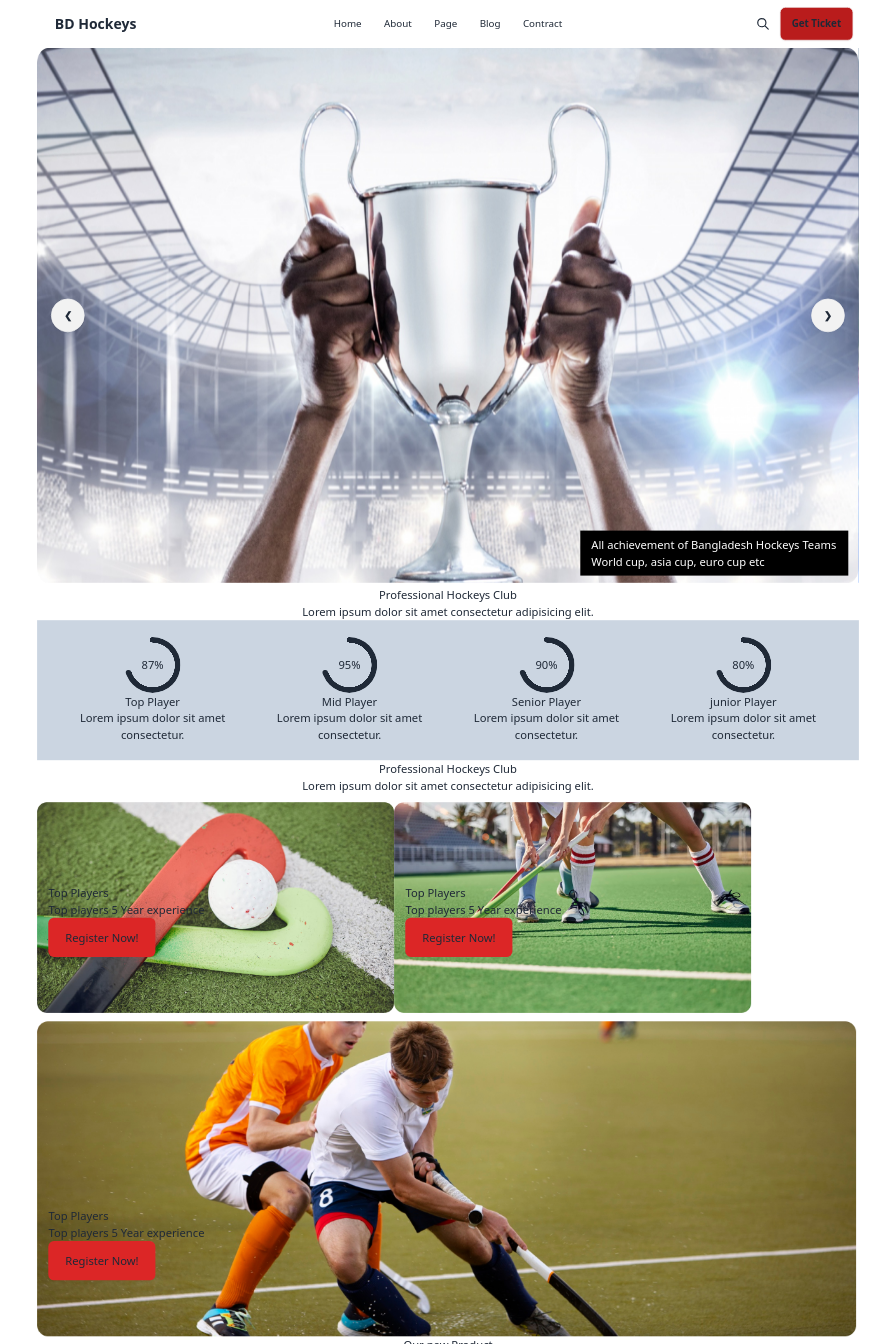
Repository: sumonkumarsarkar/bd-hockeys-team
Page: index.html
An editor plug-in stored every save of this project. The page is shown before and after the next save, followed by the edit.
The browser window is 1280 px wide. The pictures show the part of the page from y = 0 to 1920 px (the page is 3927 px tall), at 70% of full size.
Some web libraries are served in a nearby version.

Above is the page before, as saved 2024-01-24 15:54:33.

### index.html
<!DOCTYPE html>
<html lang="en">
<head>
    <meta charset="UTF-8">
    <meta name="viewport" content="width=device-width, initial-scale=1.0">
    <title>BD Hockeys Team</title>
    <link rel="stylesheet" href="https://cdnjs.cloudflare.com/ajax/libs/font-awesome/6.5.1/css/all.min.css" integrity="sha512-DTOQO9RWCH3ppGqcWaEA1BIZOC6xxalwEsw9c2QQeAIftl+Vegovlnee1c9QX4TctnWMn13TZye+giMm8e2LwA==" crossorigin="anonymous" referrerpolicy="no-referrer" />
    <link href="https://cdn.jsdelivr.net/npm/daisyui@4.6.0/dist/full.min.css" rel="stylesheet" type="text/css" />
    <script src="https://cdn.tailwindcss.com"></script>

</head>
<body>
    <!-- header part start  -->
    <header class="w-11/12 mx-auto">
        <nav>
            <div class="navbar bg-base-100">
                <div class="navbar-start">
                  <div class="dropdown">
                    <div tabindex="0" role="button" class="btn btn-ghost lg:hidden">
                      <svg xmlns="http://www.w3.org/2000/svg" class="h-5 w-5" fill="none" viewBox="0 0 24 24" stroke="currentColor"><path stroke-linecap="round" stroke-linejoin="round" stroke-width="2" d="M4 6h16M4 12h8m-8 6h16" /></svg>
                    </div>
                    <ul tabindex="0" class="menu menu-sm dropdown-content mt-3 z-[1] p-2 shadow bg-base-100 rounded-box w-52">
                      <li><a>Home</a></li>
                      <li><a>About</a></li>
                      <li><a>Page</a></li>
                      <li><a>Blog</a></li>
                      <li><a>Contract</a></li>
                    </ul>
                  </div>
                  <a class="btn btn-ghost text-xl">BD Hockeys</a>
                </div>
                <div class="navbar-center hidden lg:flex">
                  <ul class="menu menu-horizontal px-1">
                    <li><a>Home</a></li>
                      <li><a>About</a></li>
                      <li><a>Page</a></li>
                      <li><a>Blog</a></li>
                      <li><a>Contract</a></li>
                  </ul>
                </div>
                <div class="navbar-end">
                    <div type="search" class="btn btn-ghost btn-circle">
                        <svg xmlns="http://www.w3.org/2000/svg" class="h-5 w-5" fill="none" viewBox="0 0 24 24" stroke="currentColor"><path stroke-linecap="round" stroke-linejoin="round" stroke-width="2" d="M21 21l-6-6m2-5a7 7 0 11-14 0 7 7 0 0114 0z" /></svg>
                      </div>
                  <a class="btn bg-red-700">Get Ticket</a>
                </div>
              </div>
        </nav>



      <!-- banner part start  -->

   <div class=" lg:relative">
    <div>
        <div class="carousel w-full">
            <div id="slide1" class="carousel-item relative w-full">
              <img src="./Images/1.png" class="w-full" alt="bd-hockey" />
              <div class="absolute flex justify-between transform -translate-y-1/2 left-5 right-5 top-1/2">
                <a href="#slide4" class="btn btn-circle">❮</a>
                <a href="#slide2" class="btn btn-circle">❯</a>
              </div>
            </div>
            <div id="slide2" class="carousel-item relative w-full">
              <img src="./Images/banner1.jpeg" class="w-full" alt="bd-hockey" />
              <div class="absolute flex justify-between transform -translate-y-1/2 left-5 right-5 top-1/2">
                <a href="#slide1" class="btn btn-circle">❮</a>
                <a href="#slide3" class="btn btn-circle">❯</a>
              </div>
            </div>
            <div id="slide3" class="carousel-item relative w-full">
              <img src="./Images/banner3.jpg" class="w-full" alt="bd-hockey" />
              <div class="absolute flex justify-between transform -translate-y-1/2 left-5 right-5 top-1/2">
                <a href="#slide2" class="btn btn-circle">❮</a>
                <a href="#slide4" class="btn btn-circle">❯</a>
              </div>
            </div>
            <div id="slide4" class="carousel-item relative w-full">
              <img src="./Images/banner2.jpg" class="w-full" alt="bd-hockey"/>
              <div class="absolute flex justify-between transform -translate-y-1/2 left-5 right-5 top-1/2">
                <a href="#slide3" class="btn btn-circle">❮</a>
                <a href="#slide1" class="btn btn-circle">❯</a>
              </div>
            </div>
          </div>
    </div>
    <div class="lg:absolute bottom-4 right-4">
        <div class="px-4 py-2 bg-black text-white">
            <h2>All achievement of Bangladesh Hockeys Teams</h2>
             <p>World cup, asia cup, euro cup etc</p>
        </div>
    </div>

   </div>

      <!-- banner part end  -->
    </header>
    <!-- header part end  -->




    <!-- main part start  -->
    <main class="w-11/12 mx-auto">
  <section>

       <div class="text-center">
        <h2>Professional Hockeys Club</h2>
        <p>Lorem ipsum dolor sit amet consectetur adipisicing elit.</p>
       </div>

       <!-- card  -->

       <div class="flex flex-col lg:flex-row lg:justify-between bg-slate-300 lg:p-6 ">
        <div class="text-center">
         <div class="radial-progress" style="--value:70;" role="progressbar">87%</div>
         <h3>Top Player</h3>
         <p>Lorem ipsum dolor sit amet consectetur.</p>
        </div>
        <div class="text-center">
            <div class="radial-progress" style="--value:70;" role="progressbar">95%</div>
            <h3>Mid Player</h3>
            <p>Lorem ipsum dolor sit amet consectetur.</p>
        </div>
        <div class="text-center">
            <div class="radial-progress" style="--value:70;" role="progressbar">90%</div>
            <h3>Senior Player</h3>
            <p>Lorem ipsum dolor sit amet consectetur.</p>
        </div>
        <div class="text-center">
            <div class="radial-progress" style="--value:70;" role="progressbar">80%</div>
            <h3>junior Player</h3>
            <p>Lorem ipsum dolor sit amet consectetur.</p>
        </div>
       </div>
  </section>


   <section>

<!-- banner section start  -->
   <!-- text part  -->
   <div class="text-center">
    <h2>Professional Hockeys Club</h2>
    <p>Lorem ipsum dolor sit amet consectetur adipisicing elit.</p>
   </div>

 <!-- banner part  -->

<div class="grid grid-cols-1 lg:grid-cols-2 gap-2">

  <div class="flex flex-col lg:flex-row justify-between gap- my-3">


     <!-- banner -1  -->

     <div>
        <div class="relative">
            <div class="w-[510px]">
                <div><img src="./Images/2.png" alt=""></div>
             </div>
             <div class="absolute bottom-20 left-4">
                <h2>Top Players</h2>
                <p>Top players 5 Year experience </p>
                <button  class="py-4 px-6 rounded-lg bg-red-600" type="button">Register Now!</button>
             </div>
        </div>
     </div>




    <!-- banner -2  -->
 <div>
    <div class="relative">
        <div class="w-[510px]">
            <div><img src="./Images/3.png" alt=""></div>
         </div>
         <div class="absolute bottom-20 left-4">
            <h2>Top Players</h2>
            <p>Top players 5 Year experience </p>
            <button  class="py-4 px-6 rounded-lg bg-red-600" type="button">Register Now!</button>
         </div>
    </div>
 </div>



  </div>


 </div>





 <!-- banner -3  -->

    <div class="relative col-span-2">
        <div>
            <div><img src="./Images/4.png" alt=""></div>
         </div>
         <div class=" absolute bottom-10 lg:bottom-20 left-4">
            <h2>Top Players</h2>
            <p>Top players 5 Year experience </p>
            <button  class="py-4 px-6 rounded-lg bg-red-600" type="button">Register Now!</button>
         </div>
    </div>

</div>
   </section>


<!-- our product start  -->
<section>

    <div class="text-center">
        <h2>Our new Product</h2>
        <p>Lorem ipsum dolor sit amet consectetur adipisicing elit.</p>
       </div>

<div class="grid grid-cols-1 lg:grid-cols-2 gap-2">
<!-- card -1  -->

<div class="card card-side bg-base-100 shadow-xl flex-col lg:flex-row">
    <figure><img src="./Images/5.png" alt="T-shirt"/></figure>
    <div class="card-body">
        <div class="flex">
            <div><i class="fa-regular fa-star"></i></div>
            <div><h4>5.0</h4></div>
            <div><i class="fa-regular fa-eye"></i></div>
            <div>20</div>
            <div><i class="fa-regular fa-heart"></i></div>
            <div>200</div>
          </div>
      <h2 class="card-title">new item </h2>
      <p>This product new</p>
      <div class="flex">
        <div>
            <h2>price-$22.00</h2>
        </div>
        <div class="flex">
            <div><i class="fa-solid fa-cart-shopping"></i></div>
            <div><h4>Delivery fee:free</h4></div>
        </div>
      </div>
    </div>
  </div>


  <!-- card -2  -->

  <div class="card card-side bg-base-100 shadow-xl flex-col lg:flex-row">
    <figure><img src="./Images/6.png" alt="T-shirt"/></figure>
    <div class="card-body">
        <div class="flex">
            <div><i class="fa-regular fa-star"></i></div>
            <div><h4>5.0</h4></div>
            <div><i class="fa-regular fa-eye"></i></div>
            <div>20</div>
            <div><i class="fa-regular fa-heart"></i></div>
            <div>200</div>
          </div>
      <h2 class="card-title">new item </h2>
      <p>This product new</p>
      <div class="flex">
        <div>
            <h2>price-$22.00</h2>
        </div>
        <div class="flex">
            <div><i class="fa-solid fa-cart-shopping"></i></div>
            <div><h4>Delivery fee:free</h4></div>
        </div>
      </div>
    </div>
  </div>

<!-- card -3  -->


<div class="card card-side bg-base-100 shadow-xl flex-col lg:flex-row">
    <figure><img src="./Images/7.png" alt="T-shirt"/></figure>
    <div class="card-body">
        <div class="flex">
            <div><i class="fa-regular fa-star"></i></div>
            <div><h4>5.0</h4></div>
            <div><i class="fa-regular fa-eye"></i></div>
            <div>20</div>
            <div><i class="fa-regular fa-heart"></i></div>
            <div>200</div>
          </div>
      <h2 class="card-title">new item </h2>
      <p>This product new</p>
      <div class="flex">
        <div>
            <h2>price-$22.00</h2>
        </div>
        <div class="flex">
            <div><i class="fa-solid fa-cart-shopping"></i></div>
            <div><h4>Delivery fee:free</h4></div>
        </div>
      </div>
    </div>
  </div>


  <!-- card -4  -->


  <div class="card card-side bg-base-100 shadow-xl flex-col lg:flex-row">
    <figure><img src="./Images/8.png" alt="T-shirt"/></figure>
    <div class="card-body">
        <div class="flex">
            <div><i class="fa-regular fa-star"></i></div>
            <div><h4>5.0</h4></div>
            <div><i class="fa-regular fa-eye"></i></div>
            <div>20</div>
            <div><i class="fa-regular fa-heart"></i></div>
            <div>200</div>
          </div>
      <h2 class="card-title">new item </h2>
      <p>This product new</p>
      <div class="flex">
        <div>
            <h2>price-$22.00</h2>
        </div>
        <div class="flex">
            <div><i class="fa-solid fa-cart-shopping"></i></div>
            <div><h4>Delivery fee:free</h4></div>
        </div>
      </div>
    </div>
  </div>


   <!-- card -5  -->


   <div class="card card-side bg-base-100 shadow-xl flex-col lg:flex-row">
    <figure><img src="./Images/9.png" alt="T-shirt"/></figure>
    <div class="card-body">
        <div class="flex">
            <div><i class="fa-regular fa-star"></i></div>
            <div><h4>5.0</h4></div>
            <div><i class="fa-regular fa-eye"></i></div>
            <div>20</div>
            <div><i class="fa-regular fa-heart"></i></div>
            <div>200</div>
          </div>
      <h2 class="card-title">new item </h2>
      <p>This product new</p>
      <div class="flex">
        <div>
            <h2>price-$22.00</h2>
        </div>
        <div class="flex">
            <div><i class="fa-solid fa-cart-shopping"></i></div>
            <div><h4>Delivery fee:free</h4></div>
        </div>
      </div>
    </div>
  </div>


   <!-- card -6  -->


   <div class="card card-side bg-base-100 shadow-xl flex-col lg:flex-row">
    <figure><img src="./Images/10.png" alt="T-shirt"/></figure>
    <div class="card-body">
        <div class="flex">
            <div><i class="fa-regular fa-star"></i></div>
            <div><h4>5.0</h4></div>
            <div><i class="fa-regular fa-eye"></i></div>
            <div>20</div>
            <div><i class="fa-regular fa-heart"></i></div>
            <div>200</div>
          </div>
      <h2 class="card-title">new item </h2>
      <p>This product new</p>
      <div class="flex">
        <div>
            <h2>price-$22.00</h2>
        </div>
        <div class="flex">
            <div><i class="fa-solid fa-cart-shopping"></i></div>
            <div><h4>Delivery fee:free</h4></div>
        </div>
      </div>
    </div>
  </div>

       </div>
</section>


<!-- our product end  -->


<!-- Question part start  -->

<section>

    <div class="text-center">
        <h2>client Question</h2>
        <p>Lorem ipsum dolor sit amet consectetur.</p>
       </div>


       <div class="flex flex-col lg:flex-row justify-around">

        <div>
            <img src="./Images/11.png" alt="">
        </div>
        <div>
            <div class="collapse collapse-plus bg-base-200 p-1 m-1">
                <input type="radio" name="my-accordion-3" checked="checked"/>
                <div class="collapse-title text-xl font-medium">
                  Click to open this one and close others
                </div>
                <div class="collapse-content">
                  <p>hello</p>
                </div>
              </div>
              <div class="collapse collapse-plus bg-base-200 p-1 m-1">
                <input type="radio" name="my-accordion-3" />
                <div class="collapse-title text-xl font-medium">
                  Click to open this one and close others
                </div>
                <div class="collapse-content">
                  <p>hello</p>
                </div>
              </div>
              <div class="collapse collapse-plus bg-base-200 p-1 m-1">
                <input type="radio" name="my-accordion-3" />
                <div class="collapse-title text-xl font-medium">
                  Click to open this one and close others
                </div>
                <div class="collapse-content">
                  <p>hello</p>
                </div>
              </div>
              <div class="collapse collapse-plus bg-base-200 p-1 m-1">
                <input type="radio" name="my-accordion-3" />
                <div class="collapse-title text-xl font-medium">
                  Click to open this one and close others
                </div>
                <div class="collapse-content">
                  <p>hello</p>
                </div>
              </div>
              <div class="collapse collapse-plus bg-base-200 p-1 m-1">
                <input type="radio" name="my-accordion-3" />
                <div class="collapse-title text-xl font-medium">
                  Click to open this one and close others
                </div>
                <div class="collapse-content">
                  <p>hello</p>
                </div>
              </div>
              <div class="collapse collapse-plus bg-base-200 p-1 m-1">
                <input type="radio" name="my-accordion-3" />
                <div class="collapse-title text-xl font-medium">
                  Click to open this one and close others
                </div>
                <div class="collapse-content">
                  <p>hello</p>
                </div>
              </div>

        </div>
       </div>

</section>
<!-- Question part end  -->

<!-- Get In Touch part start  -->
<section>


    <div class="text-center">
        <h2>Get in Touch</h2>
        <p>Lorem ipsum dolor sit amet consectetur.</p>
       </div>

<div class="flex flex-col lg:flex-row justify-around">


    <div>

        <!-- card-1  -->
        <div >
            <div><img src="./Images/Group 1171275317.png" alt=""></div>
            <p>Phone Number</p>
            <p>01726930243</p>
             </div>
              <!-- card-2  -->
             <div>
            <div><img src="./Images/Group 1171275318.png" alt=""></div>
            <p>Phone Number</p>
            <p>01726930243</p>
             </div>
              <!-- card-3 -->
             <div>
            <div><img src="./Images/Group 1171275321.png" alt=""></div>
            <p>Phone Number</p>
            <p>01726930243</p>
             </div>

    </div>


 <!-- form part  -->
<div class="grid grid-cols-1 lg:grid-cols-2 gap-2">

<!-- for name  -->
<div class="col-span-1">
    <form >
        <label for="Name">Your Name</label><br>
        <input class="border-2 border-red-300" type="text" name="Name" id="" pattern="type Name">
    </form>
</div>
<!-- for mail  -->
<div class="col-span-1">
    <form>
        <label for="Name">Your Mail</label><br>
        <input class="border-2 border-red-300" type="text" name="Name" id="" pattern="type mail">
    </form>
</div>
<!-- for subject  -->
<div class="col-span-1">
    <form>
        <label for="Name">Subject</label><br>
        <input class="border-2 border-red-300" type="text" name="Name" id="" pattern="type subject">
    </form>
</div>
<!-- for Phone number  -->
<div class="col-span-1">
    <form>
        <label for="number">Phone Number</label><br>
        <input class="border-2 border-red-300" type="text" name="Name" id="" pattern="type subject">
    </form>
</div>
<div class="lg:col-span-2">
    <form >
        <label for="number">message</label><br>
        <textarea class="border-2 border-red-300" name=" message" id="" cols="52" rows="8"></textarea>
    </form>
</div>
<div class="lg:col-span-2">
    <button class="p-2 bg-red-600 w-[415px] rounded-md" type="button">Send message</button>
</div>





    </div>




</div>














<!-- Get In Touch part end  -->




   <!-- banner section end  -->

   <!-- social media  part start  -->
<section>

    <div class="my-10 bg-slate-300">
        <div class="text-center">
            <h2>Social Media</h2>
        </div>
            <div class="flex justify-center items-center p-5">
             <div class="p-4"><i class="fa-brands fa-facebook"></i></div>
             <div class="p-4"><i class="fa-brands fa-twitter"></i></div>
             <div class="p-4"><i class="fa-brands fa-instagram"></i></div>
             <div class="p-4"><i class="fa-brands fa-linkedin"></i></div>
            </div>

    </div>

</section>


   <!-- social media  part end  -->

    </main>
        <!-- main part end  -->

<!-- footer part start  -->
        <footer class="w-full mx-auto bg-black">

            <div class="flex flex-col lg:flex-row justify-around text-white">

                <div class="text-center p-10">
                    <div>
                        <h2>Get in touch</h2>
                        <p>Lorem ipsum dolor sit amet consectetur.</p>
                    </div>
                     <div>
                        <h2> <span><i class="fa-solid fa-envelope"></i></span>sumonis4u@gmail.com</h2>
                        <h2> <span><i class="fa-solid fa-phone"></i></i></span>01726930243</h2>
                     </div>
                  </div>

                 <!-- part-2  -->

                 <div>

                    <div class="flex justify-center lg:justify-between">
                        <div class=" ps-6 lg:p-8">
                            <h2>Company</h2>
                            <p>Lorem, ipsum dolor.</p>
                            <p>Lorem, ipsum dolor.</p>
                            <p>Lorem, ipsum dolor.</p>
                            <p>Lorem, ipsum dolor.</p>
                            <p>Lorem, ipsum dolor.</p>
                        </div>
                        <div class=" ps-6 lg:p-8">
                            <h2>suport</h2>
                            <p>Lorem, ipsum dolor.</p>
                            <p>Lorem, ipsum dolor.</p>
                            <p>Lorem, ipsum dolor.</p>
                            <p>Lorem, ipsum dolor.</p>
                            <p>Lorem, ipsum dolor.</p>
                        </div>
                     </div>
                 </div>



                 <!-- part-3  -->

        <div class=" text-center lg:p-10">
            <div>
                <h2>service</h2>
                <p>Lorem, ipsum dolor.</p>
                <p>Lorem, ipsum dolor.</p>
                <p>Lorem, ipsum dolor.</p>
                <p>Lorem, ipsum dolor.</p>
                <p>Lorem, ipsum dolor.</p>
            </div>
        </div>



            </div>



        </footer>
        <!-- footer part start  -->
</body>
</html>

After the next save:
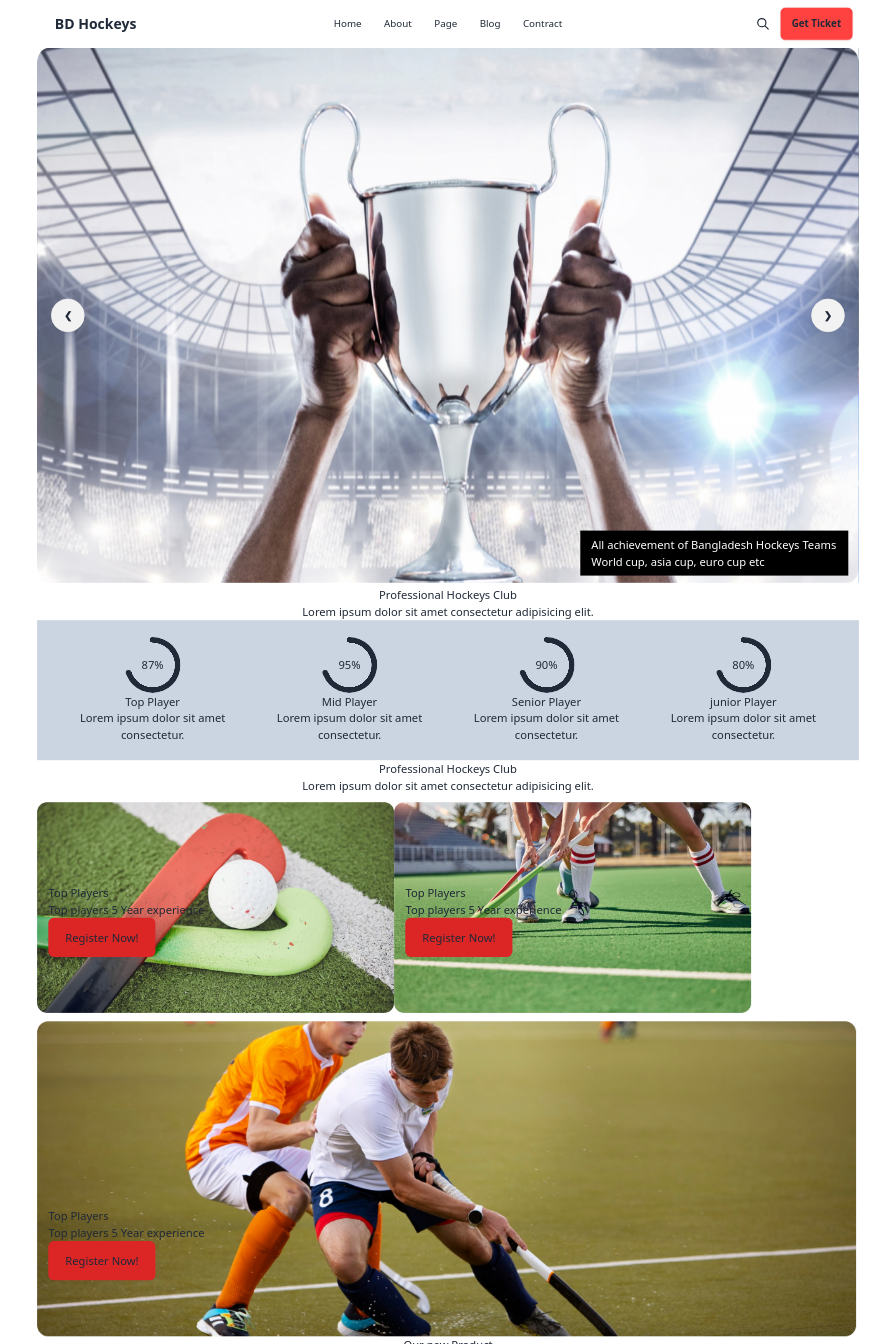
Saved 38 s later.
--- a/index.html
+++ b/index.html
@@ -42,7 +42,7 @@
                     <div type="search" class="btn btn-ghost btn-circle">
                         <svg xmlns="http://www.w3.org/2000/svg" class="h-5 w-5" fill="none" viewBox="0 0 24 24" stroke="currentColor"><path stroke-linecap="round" stroke-linejoin="round" stroke-width="2" d="M21 21l-6-6m2-5a7 7 0 11-14 0 7 7 0 0114 0z" /></svg>
                       </div>
-                  <a class="btn bg-red-700">Get Ticket</a>
+                  <a class="btn bg-[#FF4240;]">Get Ticket</a>
                 </div>
               </div>
         </nav>
